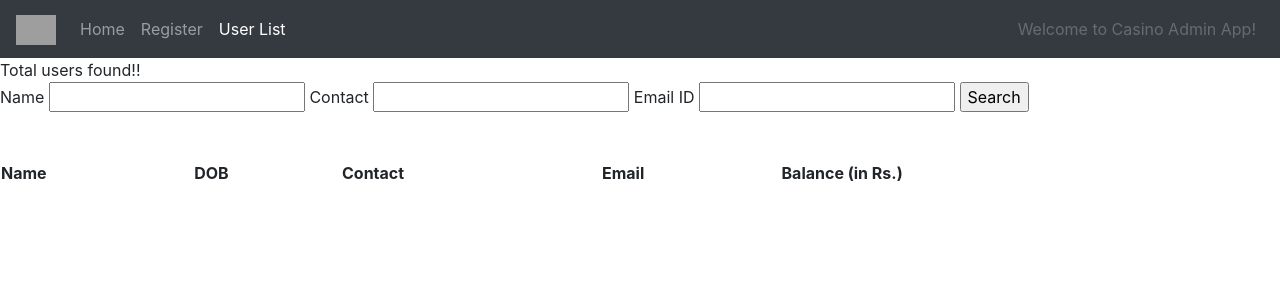
Repository: piyushrulesyou/CasinoGameApplication
Page: http://localhost/adminPanel/UsersList.jsp
An editor plug-in stored every save of this project. The page is shown before and after the next save, followed by the edit.
The browser window is 1280 px wide. The pictures show the whole page.
Pictures or frames that could not be fetched are drawn as grey boxes. The page is served by Tomcat 9. Nobody is signed in. The application's start-up code is not run.

Above is the page before, as saved 2019-11-01 05:56:41.

After the next save:
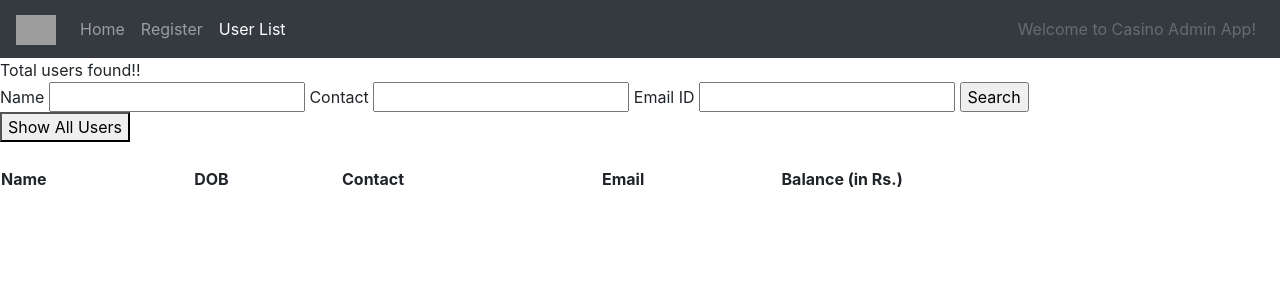
Saved 5 min 58 s later.
--- a/AdminPanel/adminPanel/src/main/webapp/UsersList.jsp
+++ b/AdminPanel/adminPanel/src/main/webapp/UsersList.jsp
@@ -54,6 +54,8 @@
 		<input type="submit" value="Search">
 	</form>
 
+	<button>Show All Users</button>
+
 	<c:if test="${listOfUsers.size() == 0}">
 		<div class="alert alert-danger">No Users Found!!</div>
 	</c:if>
